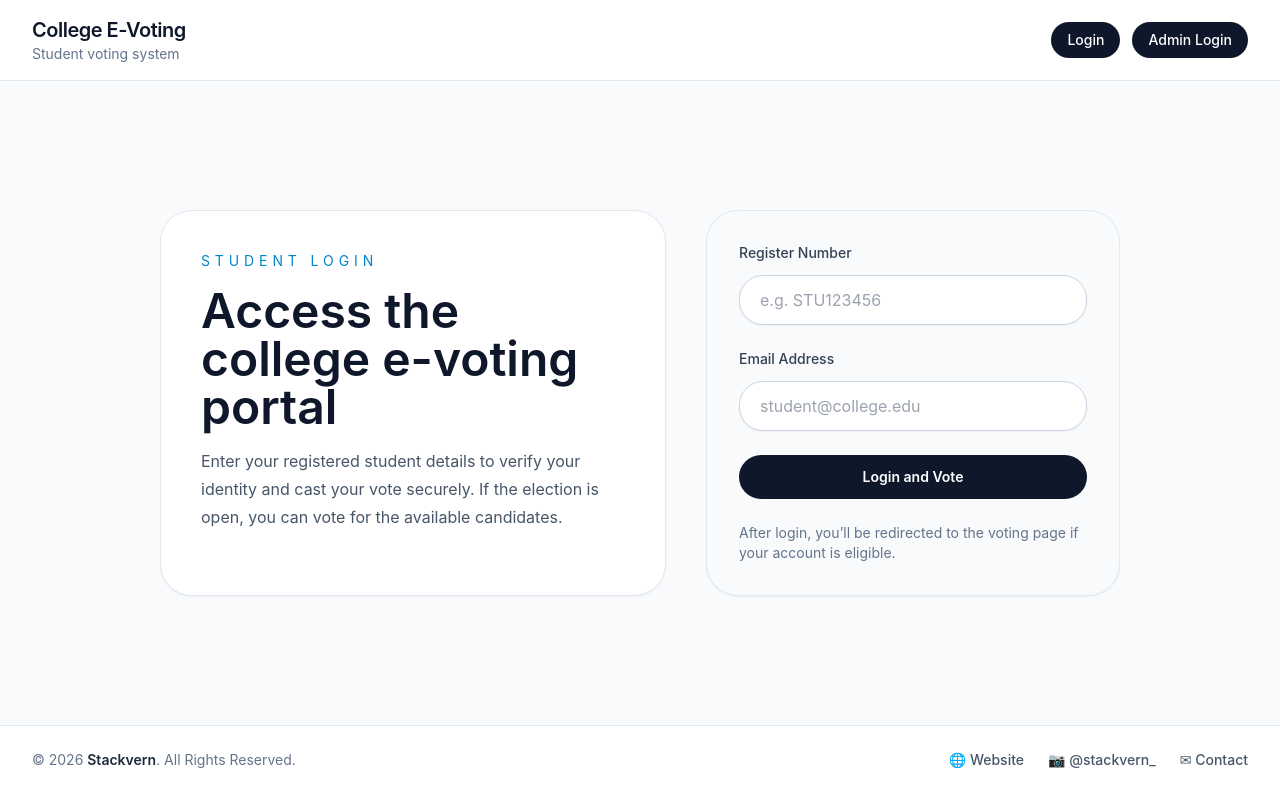
Repository: stackvern/college-evoting
Page: / (app in client/)
An editor plug-in stored every save of this project. The page is shown before and after a run of saves, followed by the edit.
The browser window is 1280 px wide. The pictures show the whole page.
The project was rebuilt for these pictures with package versions that can differ from the ones it lists, and the page was loaded fresh each time. Also part of the build but not shown: client/vite.config.js, client/src/components/ProtectedRoute.jsx, client/src/components/AdminProtectedRoute.jsx, client/src/pages/VotePage.jsx, client/src/pages/ResultPage.jsx, client/src/pages/AdminLoginPage.jsx, client/src/pages/AdminDashboard.jsx.

Above is the page before, as saved 2026-07-19 18:30:13.

### client/index.html
<!DOCTYPE html>
<html lang="en">
  <head>
    <meta charset="UTF-8" />
    <meta name="viewport" content="width=device-width, initial-scale=1.0" />
    <title>College E-Voting System</title>
  </head>
  <body>
    <div id="root"></div>
    <script type="module" src="/src/main.jsx"></script>
  </body>
</html>

### client/src/App.jsx
import React from 'react';
import { Navigate, Route, Routes } from 'react-router-dom';
import Layout from './components/Layout';
import ProtectedRoute from './components/ProtectedRoute';
import AdminProtectedRoute from './components/AdminProtectedRoute';
import LoginPage from './pages/LoginPage';
import VotePage from './pages/VotePage';
import ResultPage from './pages/ResultPage';
import AdminLoginPage from './pages/AdminLoginPage';
import AdminDashboard from './pages/AdminDashboard';

function App() {
  return (
    <Routes>
      <Route path="/" element={<Layout />}>
        <Route index element={<Navigate to="/login" replace />} />
        <Route path="login" element={<LoginPage />} />
        <Route path="vote" element={<ProtectedRoute><VotePage /></ProtectedRoute>} />
        <Route path="results" element={<ResultPage />} />
        <Route path="admin/login" element={<AdminLoginPage />} />
        <Route path="admin" element={<AdminProtectedRoute><AdminDashboard /></AdminProtectedRoute>} />
        <Route path="*" element={<Navigate to="/login" replace />} />
      </Route>
    </Routes>
  );
}

export default App;

### client/src/index.css
@tailwind base;
@tailwind components;
@tailwind utilities;

:root {
  color-scheme: light;
}

body {
  margin: 0;
  font-family: Inter, ui-sans-serif, system-ui, -apple-system, BlinkMacSystemFont, 'Segoe UI', sans-serif;
  background-color: #f8fafc;
  color: #0f172a;
}

* {
  box-sizing: border-box;
}

button,
input,
textarea,
select {
  font: inherit;
}

button:focus,
input:focus,
textarea:focus,
select:focus {
  outline: none;
}

### client/src/components/Layout.jsx
import React from 'react';
import { Link, Outlet, useNavigate } from 'react-router-dom';

const Layout = () => {
  const navigate = useNavigate();
  const token = localStorage.getItem('authToken');

  const studentToken = localStorage.getItem('authToken');
  const adminToken = localStorage.getItem('adminToken');

  const handleLogout = () => {
    localStorage.removeItem('authToken');
    localStorage.removeItem('studentData');
    navigate('/login');
  };

  const handleAdminLogout = () => {
    localStorage.removeItem('adminToken');
    localStorage.removeItem('adminData');
    navigate('/admin/login');
  };

  return (
    <div className="min-h-screen bg-slate-50 text-slate-900">
      <header className="border-b border-slate-200 bg-white/90 backdrop-blur-md">
        <div className="mx-auto flex max-w-7xl items-center justify-between px-4 py-4 sm:px-6 lg:px-8">
          <div>
            <Link to="/" className="text-xl font-semibold tracking-tight text-slate-900">
              College E-Voting
            </Link>
            <p className="text-sm text-slate-500">Student voting system</p>
          </div>
          <nav className="flex items-center gap-3 text-sm font-medium text-slate-700">

            {studentToken ? (
              <>
                <Link className="rounded-full px-4 py-2 transition hover:bg-slate-100" to="/vote">
                  Vote
                </Link>
                <button className="rounded-full bg-slate-900 px-4 py-2 text-white transition hover:bg-slate-800" onClick={handleLogout}>
                  Logout
                </button>
              </>
            ) : (
              <Link className="rounded-full bg-slate-900 px-4 py-2 text-white transition hover:bg-slate-800" to="/login">
                Login
              </Link>
            )}
            {adminToken ? (
              <>
                <Link className="rounded-full px-4 py-2 transition hover:bg-slate-100" to="/admin">
                  Admin
                </Link>
                <button className="rounded-full bg-slate-900 px-4 py-2 text-white transition hover:bg-slate-800" onClick={handleAdminLogout}>
                  Admin Logout
                </button>
              </>
            ) : (
              <Link className="rounded-full bg-slate-900 px-4 py-2 text-white transition hover:bg-slate-800" to="/admin/login">
                Admin Login
              </Link>
            )}
          </nav>
        </div>
      </header>
      <main className="px-4 py-8 sm:px-6 lg:px-8">
        <Outlet />
      </main>
      <footer className="border-t border-slate-200 bg-white py-6">
  <div className="mx-auto flex max-w-7xl flex-col items-center justify-between gap-3 px-4 text-sm text-slate-500 sm:flex-row sm:px-6 lg:px-8">

    <p>
      © {new Date().getFullYear()} <span className="font-semibold text-slate-800">Stackvern</span>. All Rights Reserved.
    </p>

    <div className="flex items-center gap-6">

      <a
        href="https://stackvern.github.io/website"
        target="_blank"
        rel="noopener noreferrer"
        className="font-medium text-slate-600 transition hover:text-blue-600"
      >
        🌐 Website
      </a>

      <a
        href="https://www.instagram.com/stackvern_"
        target="_blank"
        rel="noopener noreferrer"
        className="font-medium text-slate-600 transition hover:text-pink-600"
      >
        📷 @stackvern_
      </a>

      <a
        href="mailto:stackverntech@gmail.com"
        className="font-medium text-slate-600 transition hover:text-emerald-600"
      >
        ✉ Contact
      </a>

    </div>

  </div>
</footer>
    </div>
  );
};

export default Layout;

### client/src/pages/LoginPage.jsx
import React, { useEffect, useState } from 'react';
import { useNavigate } from 'react-router-dom';
import api from '../api/axios';

const LoginPage = () => {
  const navigate = useNavigate();
  const [registerNumber, setRegisterNumber] = useState('');
  const [email, setEmail] = useState('');
  const [loading, setLoading] = useState(false);
  const [error, setError] = useState('');

  useEffect(() => {
    if (localStorage.getItem('authToken')) {
      navigate('/vote');
    }
  }, [navigate]);

  const handleSubmit = async (event) => {
    event.preventDefault();
    setError('');
    setLoading(true);

    try {
      const response = await api.post('/api/student/login', {
        register_number: registerNumber,
        email
      });

      if (response.data?.success) {
        localStorage.setItem('authToken', response.data.token);
        localStorage.setItem('studentData', JSON.stringify(response.data.student));
        navigate('/vote');
      } else {
        setError(response.data?.message || 'Login failed.');
      }
    } catch (err) {
      setError(err?.response?.data?.message || 'Login failed. Please check your credentials.');
    } finally {
      setLoading(false);
    }
  };

  return (
    <div className="mx-auto flex min-h-[calc(100vh-140px)] max-w-5xl flex-col justify-center px-4 py-10 sm:px-6 lg:px-8">
      <div className="grid gap-10 xl:grid-cols-[1.1fr_0.9fr]">
        <section className="rounded-[32px] border border-slate-200 bg-white p-10 shadow-sm">
          <div className="space-y-4">
            <p className="text-sm uppercase tracking-[0.35em] text-sky-600">Student login</p>
            <h1 className="text-4xl font-semibold text-slate-900 sm:text-5xl">Access the college e-voting portal</h1>
            <p className="max-w-2xl text-base leading-7 text-slate-600">Enter your registered student details to verify your identity and cast your vote securely. If the election is open, you can vote for the available candidates.</p>
          </div>
        </section>

        <form onSubmit={handleSubmit} className="rounded-[32px] border border-slate-200 bg-slate-50 p-8 shadow-sm">
          <div className="space-y-6">
            <div>
              <label htmlFor="register" className="block text-sm font-medium text-slate-700">Register Number</label>
              <input
                id="register"
                type="text"
                value={registerNumber}
                onChange={(e) => setRegisterNumber(e.target.value)}
                className="mt-3 w-full rounded-3xl border border-slate-300 bg-white px-5 py-3 text-slate-900 shadow-sm outline-none transition focus:border-sky-500 focus:ring-4 focus:ring-sky-100"
                placeholder="e.g. STU123456"
              />
            </div>
            <div>
              <label htmlFor="email" className="block text-sm font-medium text-slate-700">Email Address</label>
              <input
                id="email"
                type="email"
                value={email}
                onChange={(e) => setEmail(e.target.value)}
                className="mt-3 w-full rounded-3xl border border-slate-300 bg-white px-5 py-3 text-slate-900 shadow-sm outline-none transition focus:border-sky-500 focus:ring-4 focus:ring-sky-100"
                placeholder="student@college.edu"
              />
            </div>
            {error && (
              <div className="rounded-3xl border border-rose-200 bg-rose-50 px-5 py-4 text-sm text-rose-700">
                {error}
              </div>
            )}
            <button
              type="submit"
              disabled={loading}
              className="inline-flex w-full items-center justify-center rounded-3xl bg-slate-900 px-5 py-3 text-sm font-semibold text-white transition hover:bg-slate-800 disabled:cursor-not-allowed disabled:opacity-60"
            >
              {loading ? 'Verifying...' : 'Login and Vote'}
            </button>
            <p className="text-sm text-slate-500">
              After login, you’ll be redirected to the voting page if your account is eligible.
            </p>
          </div>
        </form>
      </div>
    </div>
  );
};

export default LoginPage;

### client/src/api/axios.js
import axios from 'axios';

const api = axios.create({
  baseURL: 'http://localhost:5000',
  headers: {
    'Content-Type': 'application/json'
  }
});

api.interceptors.request.use(
  (config) => {
    const token = localStorage.getItem('adminToken') || localStorage.getItem('authToken');
    if (token) {
      config.headers = {
        ...config.headers,
        Authorization: `Bearer ${token}`
      };
    }
    return config;
  },
  (error) => Promise.reject(error)
);

export default api;

### client/tailwind.config.js
export default {
  content: ['./index.html', './src/**/*.{js,jsx}'],
  theme: {
    extend: {}
  },
  plugins: []
};

Loaded but not shown: client/src/main.jsx (common file)

After the next 2 saves:
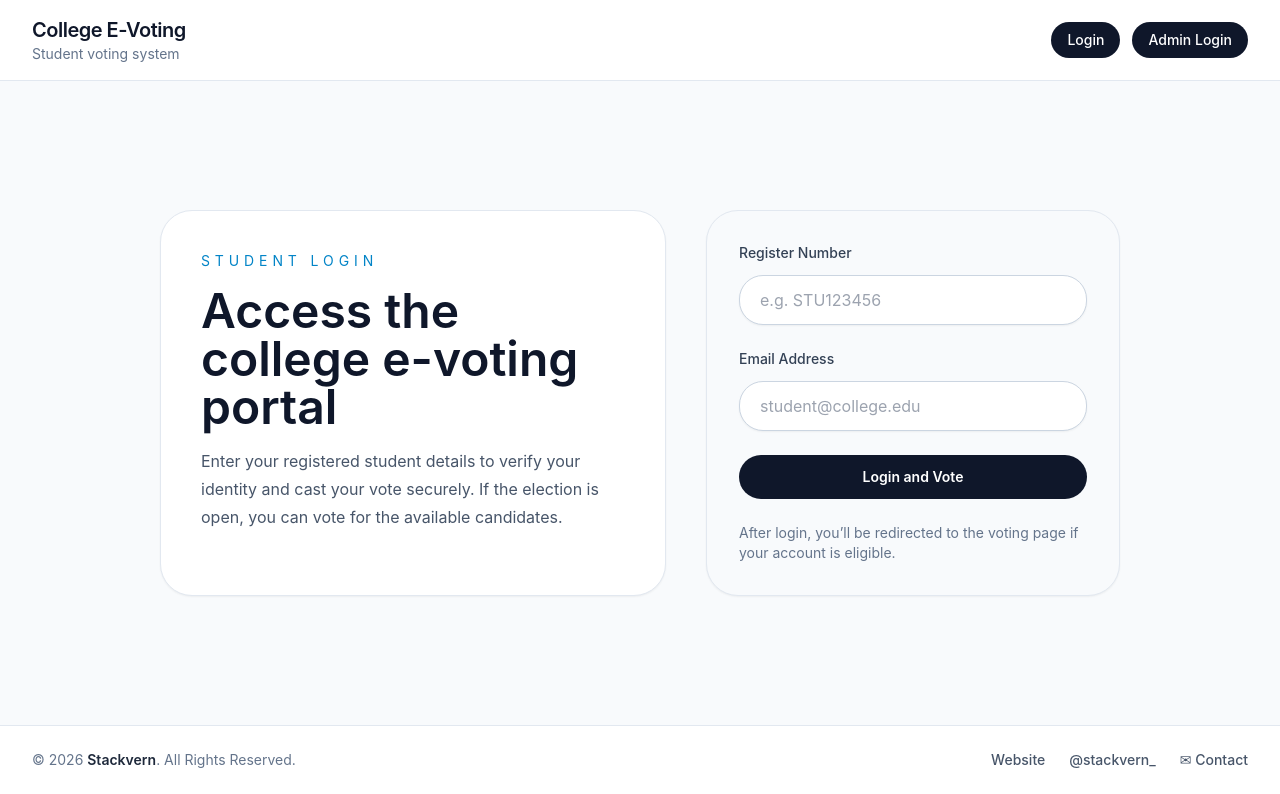
The 2 saves are shown as one change because they came seconds apart.
The last was saved 10 min 53 s later.
--- a/client/src/components/Layout.jsx
+++ b/client/src/components/Layout.jsx
@@ -81,7 +81,7 @@ const Layout = () => {
         rel="noopener noreferrer"
         className="font-medium text-slate-600 transition hover:text-blue-600"
       >
-        🌐 Website
+         Website
       </a>
 
       <a
@@ -90,7 +90,7 @@ const Layout = () => {
         rel="noopener noreferrer"
         className="font-medium text-slate-600 transition hover:text-pink-600"
       >
-        📷 @stackvern_
+         @stackvern_
       </a>
 
       <a
